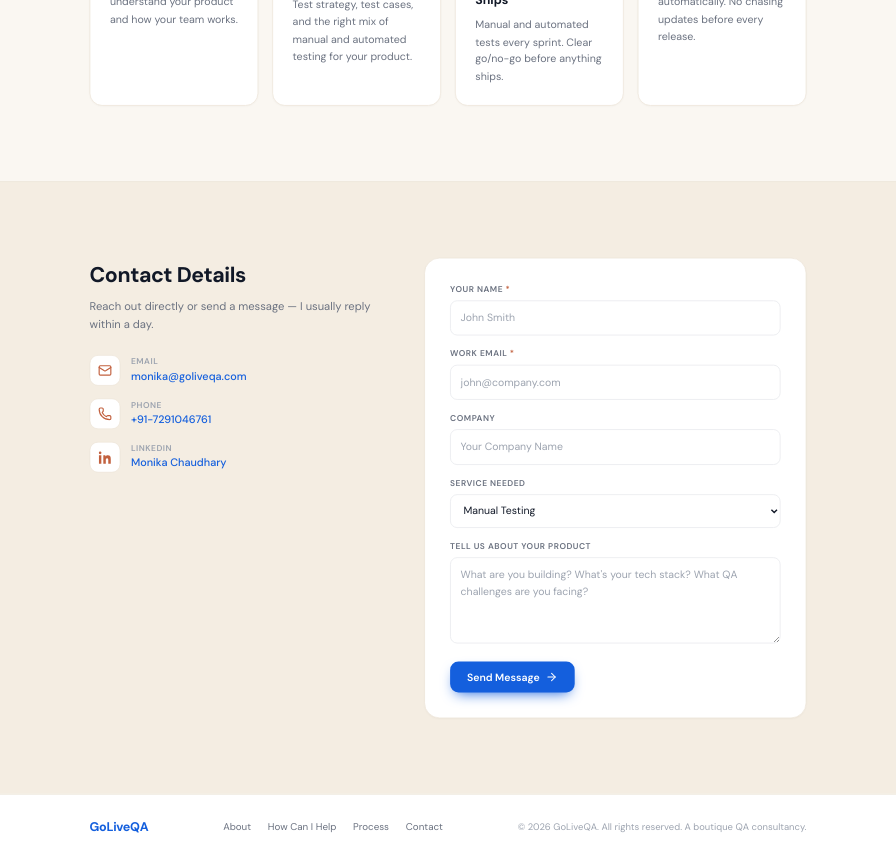
Repository: Monika281992/GoLiveQA
Page: /
The author's editor kept a copy of each file at every save. The page is drawn from the files as they stood at one save, then again after the next save.
The browser window is 1280 px wide. The pictures show the part of the page from y = 1023 to 2943 px (the page is 2250 px tall before and 2943 px after), at 70% of full size.
The project was rebuilt for these pictures with package versions that can differ from the ones it lists, and the page was loaded fresh each time. The framework's server and built-in components were replaced by stand-ins that run in the browser. Also part of the build but not shown: next.config.mjs.

Above is the page before, as saved 2026-06-27 21:34:32.

### app/layout.tsx
import type { Metadata } from "next";
import { DM_Sans, Kaushan_Script } from "next/font/google";
import "./globals.css";

const dmSans = DM_Sans({
  subsets: ["latin"],
  weight: ["300", "400", "500", "600", "700"],
  variable: "--font-sans",
  display: "swap",
});

const kaushan = Kaushan_Script({
  subsets: ["latin"],
  weight: "400",
  variable: "--font-script",
  display: "swap",
});

export const metadata: Metadata = {
  title: "GoLiveQA",
  description:
    "Senior QA engineer with 9 years of hands-on experience testing Healthcare, SaaS, AI & Real Estate products at startups across India and US. Playwright, Cypress, Postman. Available remotely.",
};

export default function RootLayout({
  children,
}: {
  children: React.ReactNode;
}) {
  return (
    <html lang="en" className={`${dmSans.variable} ${kaushan.variable}`}>
      <body className="font-sans leading-relaxed">{children}</body>
    </html>
  );
}

### app/page.tsx
import { Navbar } from "@/components/navbar";
import { Hero } from "@/components/hero";
import { Process } from "@/components/process";
import { Contact } from "@/components/contact";
import { Footer } from "@/components/footer";

export default function Home() {
  return (
    <div className="min-h-screen bg-surface">
      <Navbar />
      <main>
        <Hero />
        <Process />
        <Contact />
      </main>
      <Footer />
    </div>
  );
}

### app/globals.css
@tailwind base;
@tailwind components;
@tailwind utilities;

html {
  scroll-behavior: smooth;
}

body {
  background-color: #faf7f2;
  color: #4b5563;
  -webkit-font-smoothing: antialiased;
}

### components/hero.tsx
"use client";

import { useState } from "react";
import { useRouter } from "next/navigation";
import { ArrowRight } from "lucide-react";

export function Hero() {
  const router = useRouter();
  const [email, setEmail] = useState("");
  const [error, setError] = useState("");
  const [status, setStatus] = useState("idle");

  async function handleBook() {
    const trimmed = email.trim();
    if (!trimmed) {
      setError("Please enter your email address.");
      return;
    }
    const valid = /^[^\s@]+@[^\s@]+\.[^\s@]+$/.test(trimmed);
    if (!valid) {
      setError("Please enter a valid email address.");
      return;
    }
    setError("");
    setStatus("loading");
    try {
      await fetch("/api/book", {
        method: "POST",
        headers: { "Content-Type": "application/json" },
        body: JSON.stringify({ email: trimmed }),
      });
    } catch {
      // proceed to form regardless
    }
    router.push(`/book-a-call?email=${encodeURIComponent(trimmed)}`);
  }

  return (
    <section id="top" className="relative overflow-hidden">
      <div className="pointer-events-none absolute inset-0 bg-[radial-gradient(58%_46%_at_50%_-4%,#f6ebe5,transparent_72%)]" />
      <div className="relative mx-auto max-w-[840px] px-5 pb-12 pt-16 text-center sm:px-8 md:pb-16 md:pt-24 lg:px-12 lg:pt-[108px]">
        <h1 className="text-[clamp(2.5rem,7vw,4.1rem)] font-bold leading-[1.03] tracking-[-0.035em] text-ink">
          Your QA Partner
        </h1>
        <p className="mt-4 text-[clamp(1.1rem,2.5vw,1.45rem)] font-semibold text-accent">
          Startups ship faster and break less with GoLiveQA. Senior QA coverage across manual testing, automation, CI/CD, and real-time reporting.
        </p>
        <div className="mt-8 mx-auto max-w-[480px]">
          <div className={`flex items-center overflow-hidden rounded-full border bg-surface shadow-sm transition-colors ${error ? "border-red-400" : "border-hairline"}`}>
            <input
              type="email"
              value={email}
              onChange={(e) => { setEmail(e.target.value); if (error) setError(""); }}
              placeholder="Enter your business email"
              className="flex-1 bg-transparent px-6 py-3.5 text-[15px] text-body outline-none placeholder:text-muted"
            />
            <button
              type="button"
              onClick={handleBook}
              disabled={status === "loading"}
              className="m-1.5 flex items-center gap-2 rounded-full bg-accent px-6 py-3 text-[15px] font-semibold text-white disabled:opacity-70"
            >
              {status === "loading" ? "Loading…" : "Book a Call"}
              {status !== "loading" && <ArrowRight className="h-[16px] w-[16px]" />}
            </button>
          </div>
          {error && (
            <p className="mt-2 text-[13px] text-red-500">{error}</p>
          )}
        </div>
      </div>
    </section>
  );
}

### components/process.tsx
import { Card } from "@/components/ui/card";

const steps = [
  {
    n: "01",
    title: "Discovery Call",
    desc: "A quick call to understand your product and how your team works.",
  },
  {
    n: "02",
    title: "We Build Your QA Strategy",
    desc: "Test strategy, test cases, and the right mix of manual and automated testing for your product.",
  },
  {
    n: "03",
    title: "We Test Every Feature Before It Ships",
    desc: "Manual and automated tests every sprint. Clear go/no-go before anything ships.",
  },
  {
    n: "04",
    title: "Full Visibility, Always",
    desc: "Results land in your Slack automatically. No chasing updates before every release.",
  },
];

export function Process() {
  return (
    <section
      id="process"
      className="bg-surface py-16 md:py-24 lg:py-[108px]"
    >
      <div className="mx-auto max-w-container px-5 sm:px-8 lg:px-12">
        <div className="mx-auto mb-14 max-w-[200px]">
          <div className="h-px w-full bg-hairline" />
        </div>
        <div className="mx-auto max-w-[660px] text-center">
          <h2 className="text-[clamp(2rem,4.4vw,2.7rem)] font-bold tracking-[-0.025em] text-ink">
            How We Work
          </h2>
          <p className="mt-4 text-[clamp(1rem,1.7vw,1.15rem)] leading-relaxed text-muted">
            Here&apos;s exactly what happens when you work with us.
          </p>
        </div>
        <div className="mt-10 grid grid-cols-1 gap-5 sm:grid-cols-2 lg:grid-cols-4">
          {steps.map((s) => (
            <Card
              key={s.n}
              className="rounded-[18px] p-7 pt-[30px] transition-all hover:-translate-y-1 hover:shadow-lift"
            >
              <div className="mb-5 flex h-[52px] w-[52px] items-center justify-center rounded-[14px] bg-accent text-[19px] font-bold text-white shadow-[0_8px_18px_-8px_#c2613f]">
                {s.n}
              </div>
              <h3 className="mb-2 text-[1.1rem] font-bold text-ink">{s.title}</h3>
              <p className="text-[0.95rem] leading-relaxed text-muted">{s.desc}</p>
            </Card>
          ))}
        </div>
      </div>
    </section>
  );
}

### components/contact.tsx
"use client";

import { useState } from "react";
import { Mail, Phone, ArrowRight, CheckCircle2 } from "lucide-react";
import { Button } from "@/components/ui/button";
import { LinkedInIcon } from "@/components/icons";

const services = [
  "Manual Testing",
  "API Testing via Postman",
  "Test Automation (Playwright & Cypress)",
  "Cross-Platform Testing",
  "CI/CD Integration",
  "Custom Slack Test Reports",
];

const labelClass =
  "mb-2 block text-xs font-semibold uppercase tracking-[0.06em] text-muted";
const fieldClass =
  "w-full rounded-[10px] border border-gray-200 bg-white px-3.5 py-3 text-[15px] text-ink transition-all outline-none focus:border-brand focus:ring-[3px] focus:ring-brand/15";

export function Contact() {
  const [formData, setFormData] = useState({
    name: "",
    email: "",
    company: "",
    service: services[0],
    message: "",
  });
  const [isSubmitting, setIsSubmitting] = useState(false);
  const [isSuccess, setIsSuccess] = useState(false);
  const [error, setError] = useState("");

  const handleSubmit = async (e: React.FormEvent) => {
    e.preventDefault();
    setIsSubmitting(true);
    setError("");

    try {
      const response = await fetch("/api/contact", {
        method: "POST",
        headers: {
          "Content-Type": "application/json",
        },
        body: JSON.stringify(formData),
      });

      if (!response.ok) {
        throw new Error("Failed to send message");
      }

      setIsSuccess(true);
      setFormData({
        name: "",
        email: "",
        company: "",
        service: services[0],
        message: "",
      });
    } catch (err) {
      setError("Failed to send message. Please try again or email directly.");
    } finally {
      setIsSubmitting(false);
    }
  };

  const handleChange = (
    e: React.ChangeEvent<HTMLInputElement | HTMLTextAreaElement | HTMLSelectElement>
  ) => {
    setFormData({
      ...formData,
      [e.target.name]: e.target.value,
    });
  };

  return (
    <section
      id="contact"
      className="border-t border-hairline bg-surface-soft py-16 md:py-24 lg:py-[108px]"
    >
      <div className="mx-auto flex max-w-container flex-wrap items-start gap-10 px-5 sm:px-8 md:gap-12 lg:gap-[72px] lg:px-12">
        {/* Details */}
        <div className="min-w-[280px] flex-1 basis-[300px]">
          <h3 className="mb-2 text-[clamp(1.5rem,3vw,1.9rem)] font-bold tracking-[-0.02em] text-ink">
            Contact Details
          </h3>
          <p className="mb-[30px] text-base leading-relaxed text-muted">
            Reach out directly or send a message — I usually reply within a day.
          </p>
          <div className="flex flex-col gap-[18px]">
            <a href="mailto:monika@goliveqa.com" className="flex items-center gap-[15px]">
              <span className="flex h-11 w-11 flex-none items-center justify-center rounded-xl border border-hairline bg-white text-accent">
                <Mail className="h-5 w-5" />
              </span>
              <span>
                <span className="block text-xs font-semibold uppercase tracking-[0.06em] text-faint">
                  Email
                </span>
                <span className="text-[15.5px] font-medium text-brand">
                  monika@goliveqa.com
                </span>
              </span>
            </a>
            <a href="tel:+917291046761" className="flex items-center gap-[15px]">
              <span className="flex h-11 w-11 flex-none items-center justify-center rounded-xl border border-hairline bg-white text-accent">
                <Phone className="h-5 w-5" />
              </span>
              <span>
                <span className="block text-xs font-semibold uppercase tracking-[0.06em] text-faint">
                  Phone
                </span>
                <span className="text-[15.5px] font-medium text-brand">
                  +91-7291046761
                </span>
              </span>
            </a>
            <a
              href="https://www.linkedin.com/"
              target="_blank"
              rel="noopener noreferrer"
              className="flex items-center gap-[15px]"
            >
              <span className="flex h-11 w-11 flex-none items-center justify-center rounded-xl border border-hairline bg-white text-accent">
                <LinkedInIcon className="h-[19px] w-[19px]" />
              </span>
              <span>
                <span className="block text-xs font-semibold uppercase tracking-[0.06em] text-faint">
                  LinkedIn
                </span>
                <span className="text-[15.5px] font-medium text-brand">
                  Monika Chaudhary
                </span>
              </span>
            </a>
          </div>
        </div>

        {/* Form */}
        <div className="min-w-[300px] flex-1 basis-[440px]">
          {isSuccess ? (
            <div className="flex flex-col items-center justify-center gap-6 rounded-[22px] border border-hairline bg-white p-6 shadow-card sm:p-9 text-center min-h-[400px]">
              <div className="flex h-20 w-20 items-center justify-center rounded-full bg-green-100">
                <CheckCircle2 className="h-10 w-10 text-green-600" />
              </div>
              <div>
                <h3 className="mb-2 text-2xl font-bold text-ink">Thank You!</h3>
                <p className="text-base text-muted max-w-md">
                  Your message has been sent successfully. I'll review your inquiry and get back to you within 24 hours.
                </p>
              </div>
              <Button
                onClick={() => setIsSuccess(false)}
                variant="outline"
                className="mt-4"
              >
                Send Another Message
              </Button>
            </div>
          ) : (
            <form
              onSubmit={handleSubmit}
              className="flex flex-col gap-[18px] rounded-[22px] border border-hairline bg-white p-6 shadow-card sm:p-9"
            >
              {error && (
                <div className="rounded-lg bg-red-50 border border-red-200 px-4 py-3 text-red-800 text-sm">
                  {error}
                </div>
              )}
              <div>
                <label className={labelClass}>
                  Your Name <span className="text-accent">*</span>
                </label>
                <input
                  type="text"
                  name="name"
                  value={formData.name}
                  onChange={handleChange}
                  placeholder="John Smith"
                  className={fieldClass}
                  required
                />
              </div>
              <div>
                <label className={labelClass}>
                  Work Email <span className="text-accent">*</span>
                </label>
                <input
                  type="email"
                  name="email"
                  value={formData.email}
                  onChange={handleChange}
                  placeholder="john@company.com"
                  className={fieldClass}
                  required
                />
              </div>
              <div>
                <label className={labelClass}>Company</label>
                <input
                  type="text"
                  name="company"
                  value={formData.company}
                  onChange={handleChange}
                  placeholder="Your Company Name"
                  className={fieldClass}
                />
              </div>
              <div>
                <label className={labelClass}>Service Needed</label>
                <select
                  name="service"
                  value={formData.service}
                  onChange={handleChange}
                  className={fieldClass}
                >
                  {services.map((s) => (
                    <option key={s}>{s}</option>
                  ))}
                </select>
              </div>
              <div>
                <label className={labelClass}>Tell Us About Your Product</label>
                <textarea
                  name="message"
                  value={formData.message}
                  onChange={handleChange}
                  rows={4}
                  placeholder="What are you building? What's your tech stack? What QA challenges are you facing?"
                  className={`${fieldClass} resize-y`}
                />
              </div>
              <Button type="submit" className="self-start" disabled={isSubmitting}>
                {isSubmitting ? "Sending..." : "Send Message"}
                <ArrowRight className="h-[18px] w-[18px]" />
              </Button>
            </form>
          )}
        </div>
      </div>
    </section>
  );
}

### components/footer.tsx
const links = [
  { label: "About", href: "#about" },
  { label: "How Can I Help", href: "#services" },
  { label: "Process", href: "#process" },
  { label: "Contact", href: "#contact" },
];

export function Footer() {
  return (
    <footer className="border-t border-hairline bg-white py-8">
      <div className="mx-auto flex max-w-container flex-wrap items-center justify-between gap-x-7 gap-y-4 px-5 sm:px-8 lg:px-12">
        <a href="#top" className="text-lg font-bold tracking-tight text-brand">
          GoLiveQA
        </a>
        <div className="flex flex-wrap gap-6">
          {links.map((l) => (
            <a
              key={l.href}
              href={l.href}
              className="text-sm text-muted transition-colors hover:text-ink"
            >
              {l.label}
            </a>
          ))}
        </div>
        <p className="text-[13.5px] text-faint">
          © 2026 GoLiveQA. All rights reserved. A boutique QA consultancy.
        </p>
      </div>
    </footer>
  );
}

### components/ui/button.tsx
import * as React from "react";
import { Slot } from "@radix-ui/react-slot";
import { cva, type VariantProps } from "class-variance-authority";
import { cn } from "@/lib/utils";

const buttonVariants = cva(
  "inline-flex items-center justify-center gap-2 whitespace-nowrap rounded-xl font-semibold transition-all focus-visible:outline-none focus-visible:ring-2 focus-visible:ring-brand/40 focus-visible:ring-offset-2 disabled:pointer-events-none disabled:opacity-50",
  {
    variants: {
      variant: {
        default:
          "bg-brand text-white shadow-brand hover:bg-brand-dark hover:-translate-y-0.5",
        outline:
          "border-[1.5px] border-brand text-brand hover:bg-brand hover:text-white",
        ghost: "text-brand hover:bg-brand/5",
      },
      size: {
        default: "h-11 px-6 text-[15px]",
        lg: "h-[52px] px-7 text-base",
        sm: "h-9 px-[18px] text-sm",
      },
    },
    defaultVariants: {
      variant: "default",
      size: "default",
    },
  }
);

export interface ButtonProps
  extends React.ButtonHTMLAttributes<HTMLButtonElement>,
    VariantProps<typeof buttonVariants> {
  asChild?: boolean;
}

const Button = React.forwardRef<HTMLButtonElement, ButtonProps>(
  ({ className, variant, size, asChild = false, ...props }, ref) => {
    const Comp = asChild ? Slot : "button";
    return (
      <Comp
        className={cn(buttonVariants({ variant, size, className }))}
        ref={ref}
        {...props}
      />
    );
  }
);
Button.displayName = "Button";

export { Button, buttonVariants };

### components/ui/card.tsx
import * as React from "react";
import { cn } from "@/lib/utils";

const Card = React.forwardRef<
  HTMLDivElement,
  React.HTMLAttributes<HTMLDivElement>
>(({ className, ...props }, ref) => (
  <div
    ref={ref}
    className={cn(
      "rounded-2xl border border-hairline bg-white shadow-card",
      className
    )}
    {...props}
  />
));
Card.displayName = "Card";

const CardHeader = React.forwardRef<
  HTMLDivElement,
  React.HTMLAttributes<HTMLDivElement>
>(({ className, ...props }, ref) => (
  <div ref={ref} className={cn("flex flex-col space-y-1.5 p-7", className)} {...props} />
));
CardHeader.displayName = "CardHeader";

const CardTitle = React.forwardRef<
  HTMLDivElement,
  React.HTMLAttributes<HTMLHeadingElement>
>(({ className, ...props }, ref) => (
  <h3
    ref={ref}
    className={cn("text-lg font-bold leading-snug text-ink", className)}
    {...props}
  />
));
CardTitle.displayName = "CardTitle";

const CardContent = React.forwardRef<
  HTMLDivElement,
  React.HTMLAttributes<HTMLDivElement>
>(({ className, ...props }, ref) => (
  <div ref={ref} className={cn("p-7 pt-0", className)} {...props} />
));
CardContent.displayName = "CardContent";

export { Card, CardHeader, CardTitle, CardContent };

### components/icons.tsx
// Inline brand glyphs not reliably present in current lucide-react builds.
export function LinkedInIcon({ className }: { className?: string }) {
  return (
    <svg viewBox="0 0 24 24" fill="currentColor" className={className} aria-hidden="true">
      <path d="M4.98 3.5C4.98 4.88 3.87 6 2.5 6S0 4.88 0 3.5 1.12 1 2.5 1 4.98 2.12 4.98 3.5zM.25 8h4.5v15H.25V8zm7.5 0h4.31v2.05h.06c.6-1.07 2.07-2.2 4.26-2.2 4.56 0 5.4 2.85 5.4 6.56V23h-4.5v-6.2c0-1.48-.03-3.38-2.06-3.38-2.07 0-2.39 1.6-2.39 3.27V23h-4.5V8z" />
    </svg>
  );
}

### tailwind.config.ts
import type { Config } from "tailwindcss";

const config: Config = {
  content: [
    "./app/**/*.{ts,tsx}",
    "./components/**/*.{ts,tsx}",
  ],
  theme: {
    extend: {
      colors: {
        // Brand action color (blue) — CTAs, links
        brand: { DEFAULT: "#145fdd", dark: "#0d46b8" },
        // Warm personal accent (terracotta) — eyebrows, badges, signature
        accent: { DEFAULT: "#c2613f", soft: "#f6ebe5" },
        // Warm surfaces
        surface: { DEFAULT: "#faf7f2", soft: "#f4ede2" },
        hairline: "#ece4d7",
        // Text
        ink: "#111827",
        body: "#4b5563",
        muted: "#6b7280",
        faint: "#9ca3af",
      },
      fontFamily: {
        sans: ["var(--font-sans)", "system-ui", "sans-serif"],
        script: ["var(--font-script)", "cursive"],
      },
      maxWidth: {
        container: "1120px",
      },
      boxShadow: {
        card: "0 1px 3px rgba(0,0,0,0.03)",
        lift: "0 20px 40px -18px rgba(0,0,0,0.16)",
        brand: "0 8px 20px -8px rgba(20,95,221,0.5)",
        photo: "0 18px 44px -22px rgba(0,0,0,0.28)",
        cta: "0 28px 70px -34px rgba(0,0,0,0.22)",
      },
    },
  },
  plugins: [],
};

export default config;

### components/pricing.tsx
import { Calendar, Check } from "lucide-react";
import { Button } from "@/components/ui/button";

const guarantees = [
  "No surprise charges",
  "No long-term lock-in",
  "Senior engineer, always",
];

export function Pricing() {
  return (
    <section id="pricing" className="py-16 md:py-24 lg:py-[108px]">
      <div className="mx-auto max-w-container px-5 sm:px-8 lg:px-12">
        <div className="relative mx-auto max-w-[740px] overflow-hidden rounded-[26px] border border-hairline bg-white px-6 py-10 text-center shadow-cta sm:px-14 md:py-[68px]">
          <div className="pointer-events-none absolute inset-0 bg-[radial-gradient(70%_60%_at_50%_0%,#f6ebe5,transparent_70%)]" />
          <div className="relative">
            <h2 className="text-[clamp(2rem,4.6vw,2.9rem)] font-bold leading-[1.08] tracking-[-0.025em] text-ink">
              Let&apos;s Talk About Your Product
            </h2>
            <p className="mx-auto mt-[18px] max-w-[560px] text-[clamp(1rem,1.7vw,1.13rem)] leading-relaxed text-muted">
              Every engagement is scoped to your product size, release frequency, and
              testing needs. Book a 30-minute call — I&apos;ll give you a clear, honest
              quote within 24 hours.
            </p>
            <div className="mt-8">
              <Button asChild size="lg">
                <a href="#contact">
                  <Calendar className="h-[19px] w-[19px]" />
                  Book a 30-min Call
                </a>
              </Button>
            </div>
            <div className="mt-7 flex flex-wrap justify-center gap-x-[26px] gap-y-3 text-sm text-body">
              {guarantees.map((g) => (
                <span key={g} className="inline-flex items-center gap-2">
                  <Check className="h-[17px] w-[17px] text-green-600" />
                  {g}
                </span>
              ))}
            </div>
          </div>
        </div>
      </div>
    </section>
  );
}

Loaded but not shown: lib/utils.ts (common file); components/navbar.tsx (185 lines, source omitted)

After the next save:
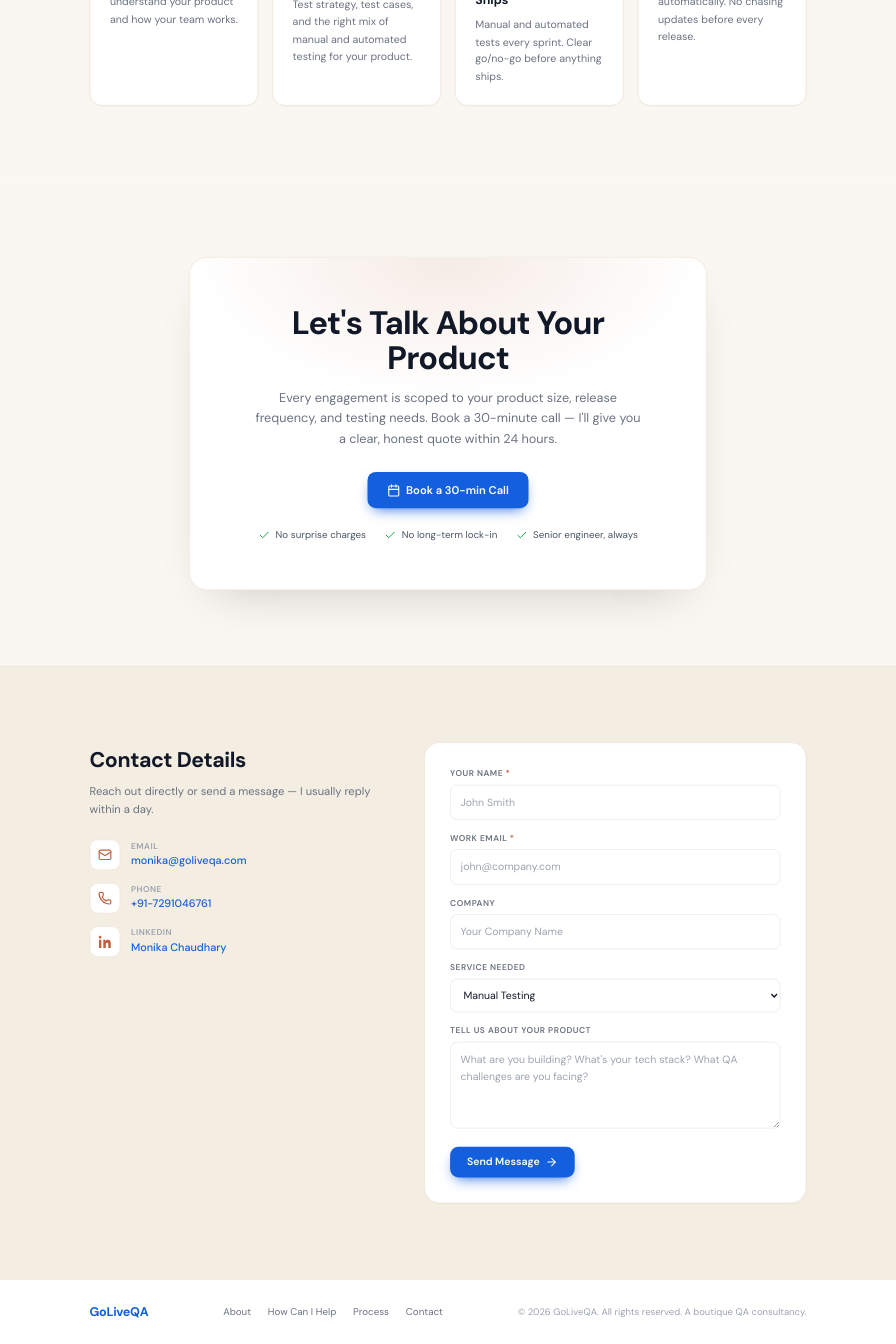
Saved 2 min 30 s later.
--- a/app/page.tsx
+++ b/app/page.tsx
@@ -1,6 +1,7 @@
 import { Navbar } from "@/components/navbar";
 import { Hero } from "@/components/hero";
 import { Process } from "@/components/process";
+import { Pricing } from "@/components/pricing";
 import { Contact } from "@/components/contact";
 import { Footer } from "@/components/footer";
 
@@ -11,6 +12,7 @@ export default function Home() {
       <main>
         <Hero />
         <Process />
+        <Pricing />
         <Contact />
       </main>
       <Footer />
